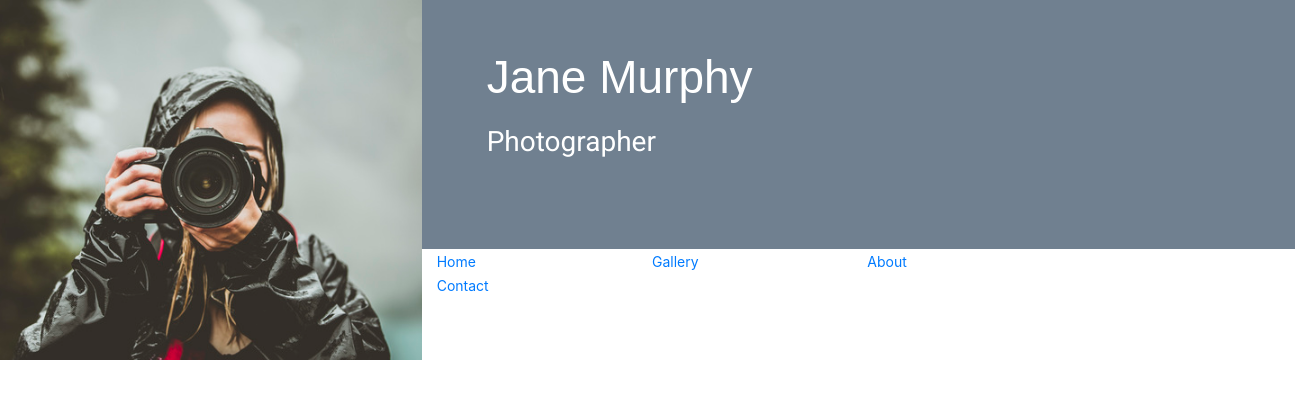
Repository: Code-Institute-Submissions/MrChrisRandall-milestone-1
Page: index.html
The author's editor kept a record of every edit. The page is drawn from the files as they stood at one moment, then again after the next edit.
The browser window is 1280 px wide. The page is 1295 px wide, so the pictures cover 1295 px, including what lies to the right of the window. The pictures show the whole page.

Above is the page before.

After the next edit:
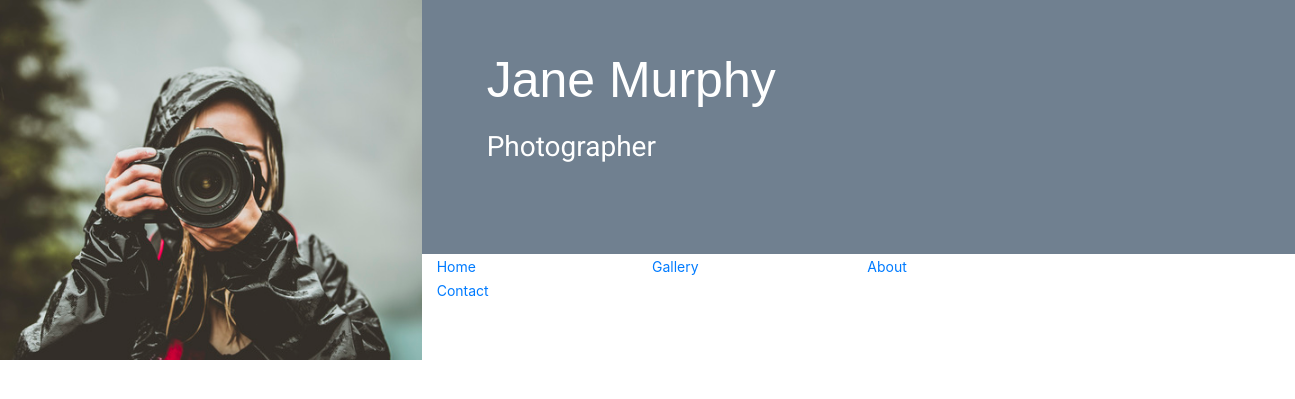
The edit:
--- a/assets/css/style.css
+++ b/assets/css/style.css
@@ -47,7 +47,7 @@
 .name {
     font-family: "Exo", sans-serif;
     font-weight: 100;
-    font-size: 46px;
+    font-size: 50px;
     margin-top: 50px;
     color: #fff;
 }
